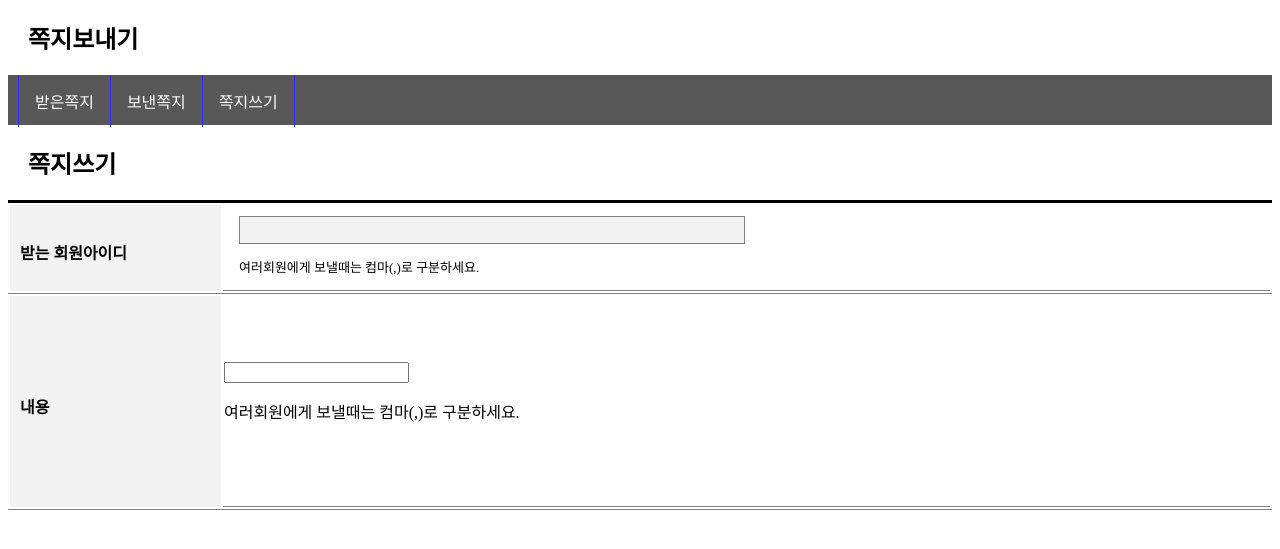
Repository: ks12b0000/JSP-School-Class
Page: chap10_JSP/src/main/webapp/Test/sendMessage.html
The author's editor kept a copy of each file at every save. The page is drawn from the files as they stood at one save, then again after the next save.
The browser window is 1280 px wide. The pictures show the whole page.

Above is the page before, as saved 2022-06-04 11:33:02.

### chap10_JSP/src/main/webapp/Test/sendMessage.html
<!DOCTYPE html>
<html>
<head>
	<meta charset="UTF-8">
	<meta name="viewport" content="width=device-width, initial-scale=1.0">
	<title>쪽지쓰기</title>
	<link rel="stylesheet" href="loginWrite.css" />
</head>
<body>
	<h2>쪽지보내기</h2>
	<div class="menu1">
		<ul>
			<li><a href="#" id="a1">받은쪽지</a></li>
			<li><a href="#">보낸쪽지</a></li>
			<li><a href="#">쪽지쓰기</a></li>
		</ul>
	</div>
	<h2>쪽지쓰기</h2>
	<table class="Profile3">
		<tr>
			<th id="id12"><strong>받는 회원아이디</strong></th>
			<td><input type="text" /><br/><p>여러회원에게 보낼때는 컴마(,)로 구분하세요.</p></td>
		</tr>
	</table>
	<table class="Profile4">
		<tr>
			<th id="id13"><strong>내용</strong></th>
			<td><input type="text" /><br/><p>여러회원에게 보낼때는 컴마(,)로 구분하세요.</p></td>
		</tr>
	</table>
</body>
</html>

### chap10_JSP/src/main/webapp/Test/loginWrite.css
@charset "UTF-8";
	body h2 {
		margin-left: 20px;
	}
	.login1 {
		width: 500px;
		border: 1px solid gray;
		margin: 40px;
		padding: 40px;

	}
	.login1 #id {
		width: 400px;

		padding: 4px;
	}
	.login1 #id input {

		margin-left: 30px;
	}
	.login1 #pw {

		padding: 4px;
	}
	.login1 #pw input {

		margin-left: 52px;
	}
	.login1 #login_Bt {
		text-align: right;
		margin-top: -50px;
		margin-right: 120px;
	}
	.login1 #login_Bt input {
		margin-left: 5px;
		padding: 12px;
		border: 1px solid white;
		background-color: #A5DF00;
		color: white;
	}
	.login1 #login_Ck {
		margin-top: 10px;
	}
	.login2 {
		border: 1px solid gray;
		font-size: 13px;
		background-color: #F2F2F2;
		width: 500px;
		margin: 40px;
		padding: 40px;
		margin-top: -50px;

	}
	.login2 h3 {
		margin-top: -20px;
		margin-left: -30px;
	}
	.login2 p {
		margin-top: -20px;
		margin-left: -30px;
	}
	.login2 form {
		margin-top: 10px;
		margin-left: 250px;

	}
	.login2 #idpw_bt {
		border: 1px solid white;
		background-color: #A5DF00;
		color: white;
	}
	.login2 #signup {
		border: 1px solid #BFFF00;
		background-color: white;
		color: #80FF00;
	}
	body #mainback {
		margin-left: 220px;
		text-decoration: none;
		color: black;
	}
	body #em2 {
		border-top: 1px solid gray;
		margin-left: 20px;
		padding-top: 15px;
	}
	#email1 {
		margin-left: 20px;
		font-size: 19px;
	}
	#email1 input {
		width: 500px;
		height: 30px;
	}
	.button {
		margin-top: 40px;
		margin-left: 250px;
	}
	.button #Confirm {
		margin-left: 5px;
		padding: 12px;
		width: 150px;
		border: 1px solid white;
		background-color: #A5DF00;
		color: white;
	}
	.button #close {
		margin-left: 5px;
		padding: 12px;
		width: 100px;
		border: 1px solid white;
		background-color: #0B3B39;
		color: white;
	}
	body #tm2 {
		color: red;
		text-align: center;
	}
	body #tm3,#tm5 {
		text-align: center;
	}
	body #tm4,#tm6 {
		border: 1px solid black;
		width: 1300px;
		height: 300px;
		background-color: #D8D8D8;
		margin-left: 10px;
	}
	#terms_Ck,#terms_Ck2 {
		text-align: right;
	}
	#signup3 {
		text-align: center;
	}
	#signup3 input {
		margin-left: 5px;
		padding: 12px;
		border: 1px solid white;
		background-color: #A5DF00;
		color: white;
	}
	.button3 {
		text-align: right;
		margin-top: -50px;
		margin-right: 10px;
	}
	.button3 #notebox {
		border: 1px solid #BFFF00;
		background-color: white;
		color: #80FF00;
		padding: 6px;
	}
	.button3 #Revise {
		border: 1px solid #BFFF00;
		background-color: white;
		color: #80FF00;
		padding: 6px;
	}
	.button3 #secession {
		border: 1px solid white;
		background-color: #A5DF00;
		color: white;
		padding: 6px;
	}
	.Profile {
		border: 1px solid gray;
		border-collapse: collapse;
		margin-top: 15px;
		width: 100%;
		height: 150px;
		background-color: #FAFAFA;
	}
	.Profile th,td {
		border-bottom: 1px solid gray;
	}
	.Profile2 {
		border-top: 3px solid black;
		width: 100%;
		background-color: #F2F2F2;
		height: 50px;
		border-bottom: 1px solid gray;
		margin-top: 20px;
	}
	#hh3 {
		margin-left: 10px;
	}
	.Contents {
		text-align: center;
		margin-top: 100px;
		border-bottom: 1px solid gray;
		height: 100px;
	}
	.menu1 ul {
		background-color: #585858;
		height: 50px;
		margin: 0;
		padding: 0;
		list-style: none;

	}
	.menu1 li {
		float: left;
		border-right: 1px solid #2E2EFE;
	}
	.menu1 li a {
		padding-left: 10px;
		color: white;
		text-decoration: none;
		display: block;
		text-align: center;
		padding: 14px 16px;
	}
	.menu1 #a1 {
		border-left: 1px solid #2E2EFE;
		margin-left: 10px;
	}
	.guide {
		text-align: left;
	}
	.button2 {
		text-align: center;
	}
	.button2 #close2 {
		text-align: center;
		padding: 10px;
		width: 80px;
		border: 1px solid white;
		background-color: #0B4C5F;
		color: white;
	}
	.Profile3 {
		border-top: 3px solid black;
		width: 100%;
		height: 50px;
		margin-top: 20px;
	}
	.Profile3 #id12 {
		margin-top: 20px;
		padding-left:10px;
		padding-top: 10px;
		text-align: left;
		width: 200px;
		background-color: #F2F2F2;
		height: 60px;
	}
	.Profile3 input {
		background-color: #F2F2F2;
		margin-left: 15px;
		margin-top: 10px;
		padding-top: 10px;
		border: 1px solid gray;
		width: 500px;
		text-align: left;
	}
	.Profile3 p {
		font-size: 13px;
		margin-left: 15px;

	}
	.Profile4 {
		border-top: 1px solid gray;
		border-bottom: 1px solid gray;
		width: 100%;
		height: 50px;
	}
	.Profile4 #id13 {
		margin-top: 20px;
		padding-left:10px;
		padding-top: 10px;
		text-align: left;
		width: 200px;
		background-color: #F2F2F2;
		height: 200px;
	}

After the next save:
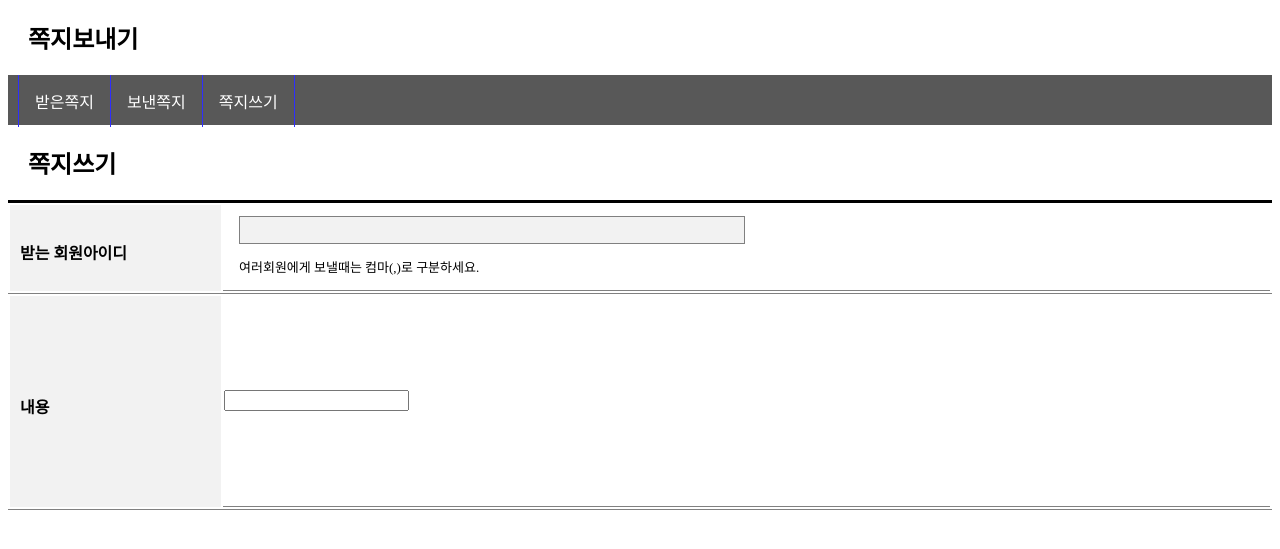
Saved 21 s later.
--- a/chap10_JSP/src/main/webapp/Test/sendMessage.html
+++ b/chap10_JSP/src/main/webapp/Test/sendMessage.html
@@ -25,7 +25,7 @@
 	<table class="Profile4">
 		<tr>
 			<th id="id13"><strong>내용</strong></th>
-			<td><input type="text" /><br/><p>여러회원에게 보낼때는 컴마(,)로 구분하세요.</p></td>
+			<td><input type="text" /></td>
 		</tr>
 	</table>
 </body>
